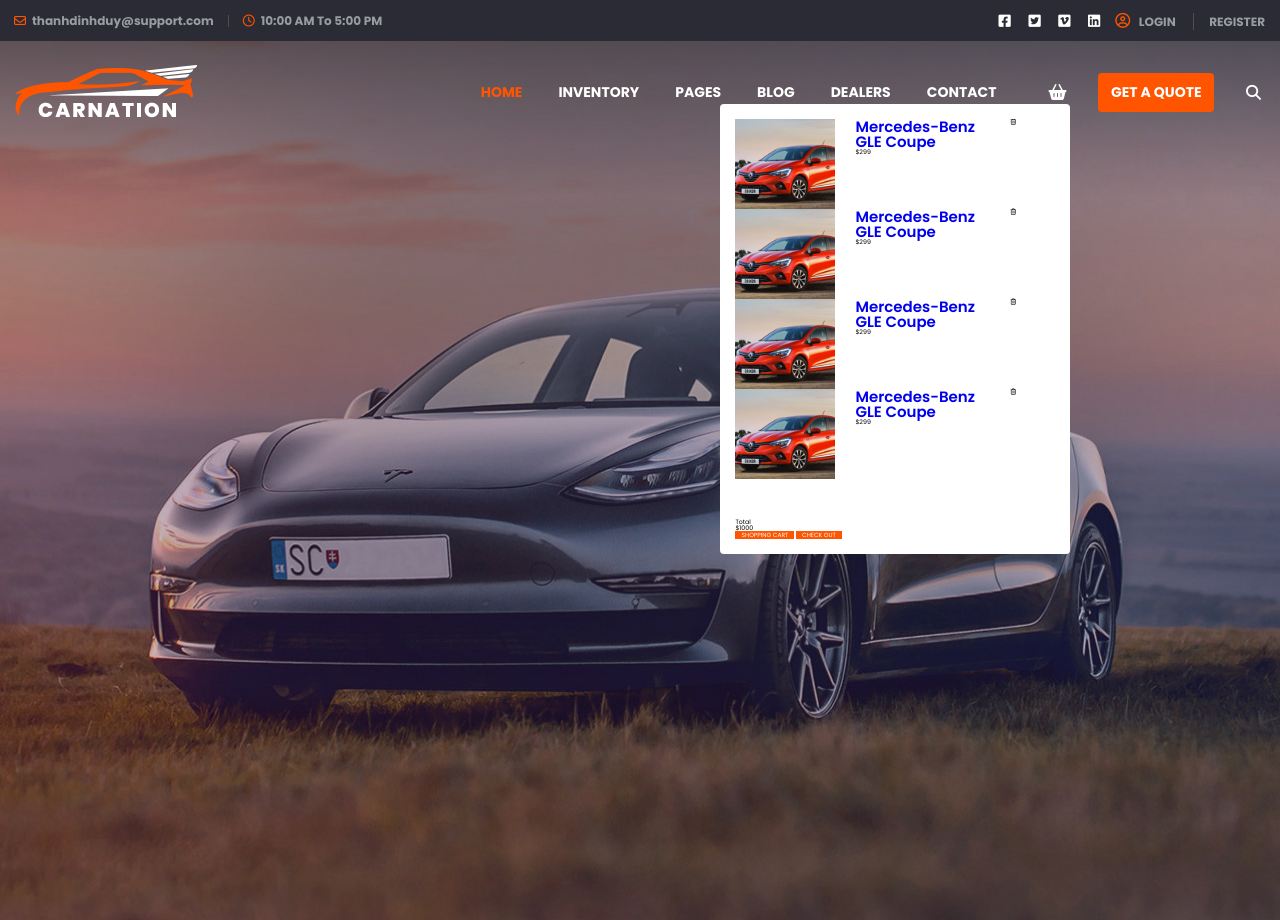
Repository: thanhdinh01/shopcar
Page: index.html
An editor plug-in stored every save of this project. The page is shown before and after the next save, followed by the edit.
The browser window is 1280 px wide. The pictures show the whole page.
Some web libraries are served in a nearby version. The style sheet was rebuilt from its Sass, Less or Tailwind sources for each picture, by a compiler version that may differ from the author's.

Above is the page before, as saved 2022-08-10 19:18:48.

### index.html
<!DOCTYPE html>
<html lang="en">
  <head>
    <meta charset="UTF-8" />
    <meta http-equiv="X-UA-Compatible" content="IE=edge" />
    <meta name="viewport" content="width=device-width, initial-scale=1.0" />
    <title>Increase follower on social media</title>
    <link
      rel="stylesheet"
      href="https://cdnjs.cloudflare.com/ajax/libs/font-awesome/6.1.2/css/all.min.css"
      integrity="sha512-1sCRPdkRXhBV2PBLUdRb4tMg1w2YPf37qatUFeS7zlBy7jJI8Lf4VHwWfZZfpXtYSLy85pkm9GaYVYMfw5BC1A=="
      crossorigin="anonymous"
      referrerpolicy="no-referrer"
    />
    <link
      href="https://fonts.googleapis.com/css2?family=Poppins:wght@300;400;500;600;700&display=swap"
      rel="stylesheet"
    />
    <link rel="stylesheet" href="./css/reset.css" />
    <link rel="stylesheet" href="./css/style.css" />
  </head>

  <body>
    <div class="main">
      <!-- HEADER -->
      <header class="header">
        <div class="header-top">
          <div class="container">
            <div class="header-top-container dflex">
              <ul class="header-top-left">
                <li>
                  <i class="fa-regular fa-envelope"></i>
                  <p>thanhdinhduy@support.com</p>
                </li>
                <li>
                  <i class="fa-regular fa-clock"></i>
                  <p>10:00 AM To 5:00 PM</p>
                </li>
              </ul>
              <ul class="header-top-right">
                <li class="header-contact">
                  <a href="#"><i class="fa-brands fa-square-facebook"></i></a>
                  <a href="#"><i class="fa-brands fa-square-twitter"></i></a>
                  <a href="#"><i class="fa-brands fa-square-vimeo"></i></a>
                  <a href="#"><i class="fa-brands fa-linkedin"></i></a>
                </li>
                <li class="header-login">
                  <a href="#" class="login">
                    <i class="fa-regular fa-circle-user"></i> LOGIN
                  </a>
                  <a href="#" class="logup"> REGISTER </a>
                </li>
              </ul>
            </div>
          </div>
        </div>
        <div class="header-navigation">
          <div class="container p15 dflex">
            <div class="nav-logo">
              <a href="#" class="logo-link">
                <img src="./images/header/logo.png" alt="logo" />
              </a>
            </div>
            <div class="nav-total dflex">
              <ul class="nav-list dflex">
                <li class="nav-item active">
                  <a href="#">HOME</a>
                </li>
                <li class="nav-item">
                  <a href="#">INVENTORY </a>
                  <ul class="sub-list">
                    <li class="sub-item">
                      <a href="#">Inventory List</a>
                    </li>
                    <li class="sub-item">
                      <a href="#">Inventory Details</a>
                    </li>
                  </ul>
                </li>
                <li class="nav-item">
                  <a href="#">PAGES</a>
                  <ul class="sub-list">
                    <li class="sub-item">
                      <a href="#">About us</a>
                    </li>
                    <li class="sub-item">
                      <a href="#">Loan Calculator</a>
                    </li>
                    <li class="sub-item">
                      <a href="#">Login Page</a>
                    </li>
                  </ul>
                </li>
                <li class="nav-item">
                  <a href="#">BLOG</a>
                  <ul class="sub-list">
                    <li class="sub-item">
                      <a href="#">Our Blog</a>
                    </li>
                    <li class="sub-item">
                      <a href="#">Blog Details</a>
                    </li>
                  </ul>
                </li>
                <li class="nav-item">
                  <a href="#">DEALERS</a>
                </li>
                <li class="nav-item">
                  <a href="#">CONTACT</a>
                </li>
              </ul>
              <ul class="nav-interact dflex">
                <li class="cart">
                  <a href="#" class="cart-link">
                    <i class="fa-solid fa-basket-shopping"></i>
                  </a>
                  <div class="cart-wrap">
                    <div class="cart-top">
                      <div class="cart-item">
                        <a href="#" class="product-img">
                          <img
                            src="./images/latest-car/t_released_cars_thumb01.jpg"
                            alt=""
                          />
                        </a>
                        <div class="product-desc">
                          <a href="#" class="product-title"
                            >Mercedes-Benz GLE Coupe</a
                          >
                          <span class="product-price">$299</span>
                        </div>
                        <div class="delete-item">
                          <i class="fa-regular fa-trash-can"></i>
                        </div>
                      </div>
                      <div class="cart-item">
                        <a href="#" class="product-img">
                          <img
                            src="./images/latest-car/t_released_cars_thumb01.jpg"
                            alt=""
                          />
                        </a>
                        <div class="product-desc">
                          <a href="#" class="product-title">
                            Mercedes-Benz GLE Coupe
                          </a>
                          <span class="product-price">$299</span>
                        </div>
                        <div class="delete-item">
                          <i class="fa-regular fa-trash-can"></i>
                        </div>
                      </div>
                      <div class="cart-item">
                        <a href="#" class="product-img">
                          <img
                            src="./images/latest-car/t_released_cars_thumb01.jpg"
                            alt=""
                          />
                        </a>
                        <div class="product-desc">
                          <a href="#" class="product-title"
                            >Mercedes-Benz GLE Coupe</a
                          >
                          <span class="product-price">$299</span>
                        </div>
                        <div class="delete-item">
                          <i class="fa-regular fa-trash-can"></i>
                        </div>
                      </div>
                      <div class="cart-item">
                        <a href="#" class="product-img">
                          <img
                            src="./images/latest-car/t_released_cars_thumb01.jpg"
                            alt=""
                          />
                        </a>
                        <div class="product-desc">
                          <a href="#" class="product-title"
                            >Mercedes-Benz GLE Coupe</a
                          >
                          <span class="product-price">$299</span>
                        </div>
                        <div class="delete-item">
                          <i class="fa-regular fa-trash-can"></i>
                        </div>
                      </div>
                    </div>
                    <div class="cart-bottom">
                      <div class="cart-bottom-price">
                        <p>Total</p>
                        <span>$1000</span>
                      </div>
                      <div class="cart-bottom-buying">
                        <button class="button buy-now">SHOPPING CART</button>
                        <button class="button check-out">CHECK OUT</button>
                      </div>
                    </div>
                  </div>
                </li>
                <li class="quote">
                  <button class="button">GET A QUOTE</button>
                </li>
                <li class="search">
                  <i class="fa-solid fa-magnifying-glass"></i>
                </li>
              </ul>
            </div>
          </div>
        </div>
        <div class="header-main"></div>
        <div class="header-selection"></div>
      </header>
    </div>
  </body>
</html>

### css/style.scss
@import "reset";
@import "variables";
@import "global";
@import "header";

### css/_variables.scss
$primaryColor: #ff5400;
$blackColor: #000;
$whiteColor: #fff;
$textColor: #9c9c9c;

### css/_global.scss
body,
*,
html {
    font-family: 'Poppins', sans-serif;
    font-size: 62.5%;
    box-sizing: border-box;
}

.container {
    max-width: 1440px;
    margin: 0 auto;
}

.dflex {
    display: flex;
    justify-content: space-between;
    align-items: center;
}

.button {
    outline: none;
    border: none;
    color: $whiteColor;
    background-color: $primaryColor;
    line-height: 1;
}

.p15 {
    padding: 0 15px;
}

### css/_header.scss
.header {
  background: url("../images/header/banner_bg02.jpg") center/ cover no-repeat;
  height: 920px;
  .header-top {
    max-width: 100%;
    height: 41px;
    background-color: #2b2b35;
    color: #979da0;
    font-size: 1.2rem;
    font-weight: 700;
    &-container,
    .container {
      height: 100%;
    }
    &-left {
      display: flex;
      li:first-child {
        border-right: 1px solid #4f4f4f;
      }
      li {
        display: flex;
        align-items: center;
        padding: 0 14px;
        i {
          color: $primaryColor;
          margin-right: 6px;
        }
      }
    }
    &-right {
      display: flex;
      align-items: center;
      .header-contact {
        a {
          color: $whiteColor;
          margin-left: 15px;
          font-size: 1.4rem;
          text-decoration: none;
          i {
            display: inline-block;
          }
          &:hover {
            color: $primaryColor;
          }
        }
      }
      .header-login {
        a {
          text-decoration: none;
          color: #979da0;
          padding: 0 15px;
          font-size: 12px;
          &:first-child {
            padding-right: 15px;
            border-right: 1px solid #4f4f4f;
            i {
              color: $primaryColor;
              margin-right: 6px;
              font-size: 1.5rem;
            }
          }
          &:hover {
            color: $primaryColor;
          }
        }
      }
    }
  }
  .header-navigation {
    padding-top: 24px;
    position: relative;
    &::after {
      content: "";
      position: absolute;
      left: 0;
      top: 0;
      width: 100%;
      height: 156px;
      background: linear-gradient(to bottom, #151515, transparent);
      opacity: 0.47;
    }
    .nav-logo,
    .nav-total {
      z-index: 1;
    }
    .nav-list {
      margin-right: 30px;
      .nav-item.active {
        a {
          color: $primaryColor;
        }
      }
      .nav-item {
        position: relative;
        a {
          padding: 20px 18px;
          display: inline-block;
          text-decoration: none;
          font-size: 14px;
          font-weight: 700;
          color: $whiteColor;
          &:hover {
            color: $primaryColor;
          }
        }
        &:hover .sub-list {
          opacity: 1;
          visibility: visible;
          transform: scale(1);
        }
        .sub-list {
          position: absolute;
          top: 100%;
          left: 0;
          width: 200px;
          padding: 15px 0;
          background-color: $whiteColor;
          box-shadow: 0px 30px 70px 0px rgb(137 139 142 / 15%);
          transform: scale(1, 0);
          transform-origin: 0 0;
          opacity: 0;
          visibility: hidden;
          transition: all 0.3s ease-in-out;
          .sub-item a {
            color: $blackColor;
            display: block;
            padding: 16px 18px;
            &:hover {
              color: $primaryColor;
            }
          }
        }
      }
    }
    .nav-interact {
      gap: 0 28px;
      .cart {
        position: relative;
        .cart-link {
          display: block;
          padding: 4px;
          i {
            font-size: 1.6rem;
            color: $whiteColor;
          }
        }
        .cart-wrap {
          position: absolute;
          right: 0;
          top: 100%;
          height: 450px;
          width: 350px;
          padding: 15px;
          display: flex;
          flex-direction: column;
          justify-content: space-between;
          background-color: $whiteColor;
          border-radius: 4px;
          .cart-top {
            height: 40%;
            width: 100%;
            overflow: auto;
            flex: 1;
            .cart-item {
              display: grid;
              grid-template-columns: 2fr 3fr 1fr;
              grid-gap: 0 20px;
              .product-img {
                width: 100px;
                height: 90px;
                img {
                  width: 100%;
                  height: 100%;
                  object-fit: cover;
                }
              }
              .product-desc {
                display: flex;
                flex-direction: column;
                .product-title {
                  font-size: 1.5rem;
                  font-weight: 600;
                  text-decoration: none;
                }
              }
            }
          }
        }
      }
      .quote {
        button {
          color: $whiteColor;
          font-size: 1.4rem;
          font-weight: 700;
          padding: 12.5px;
          border-radius: 4px;
          min-width: 44px;
          cursor: pointer;
          transition: all 0.3s ease;
          &:hover {
            background-color: $blackColor;
          }
        }
      }
      .search {
        i {
          display: block;
          font-size: 1.5rem;
          padding: 4px;
          color: $whiteColor;
          cursor: pointer;
        }
      }
    }
  }
}

Loaded but not shown: css/reset.css (common file); css/_reset.scss (common file)

After the next save:
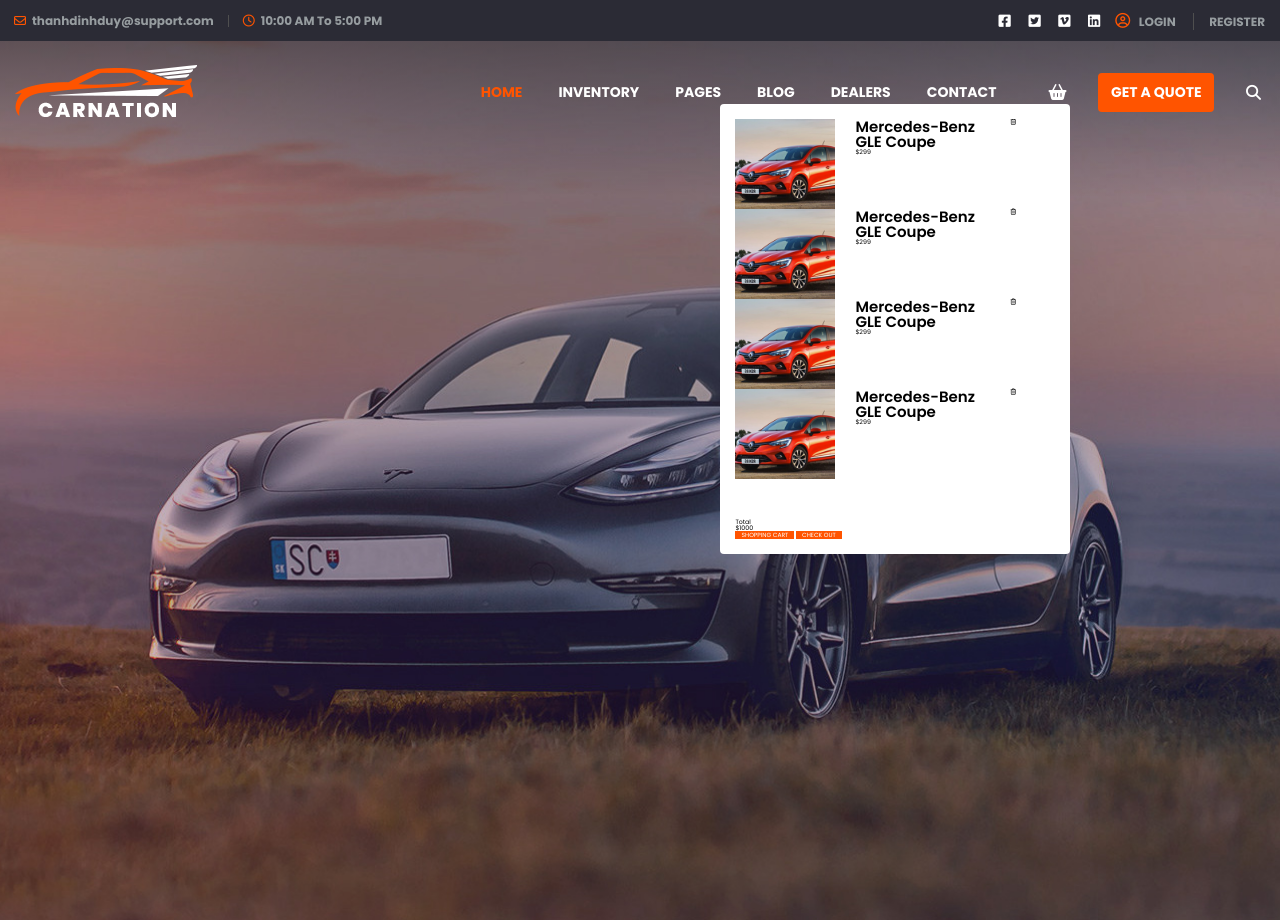
Saved 12 s later.
--- a/css/_header.scss
+++ b/css/_header.scss
@@ -181,6 +181,7 @@
                   font-size: 1.5rem;
                   font-weight: 600;
                   text-decoration: none;
+                  color: $blackColor;
                 }
               }
             }
